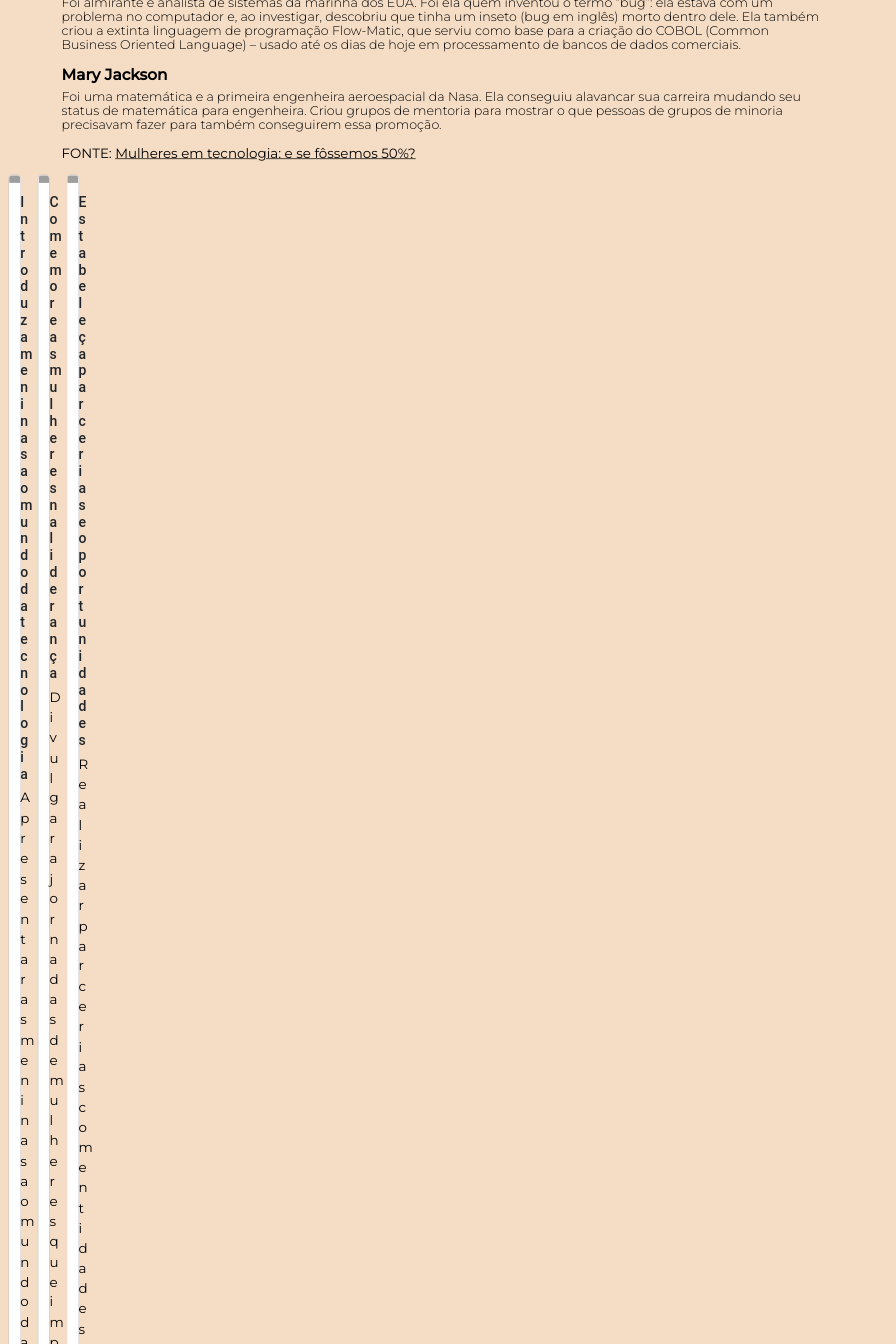
Repository: BellsBarbosa/ODS5_IGUALDADE_DE_GENERO
Page: index.html
An editor plug-in stored every save of this project. The page is shown before and after the next save, followed by the edit.
The browser window is 1280 px wide. The pictures show the part of the page from y = 1985 to 3905 px (the page is 8588 px tall before and 8576 px after), at 70% of full size.
Pictures or frames that could not be fetched are drawn as grey boxes.

Above is the page before, as saved 2023-08-11 15:36:43.

### index.html
<!DOCTYPE html>
<html lang="en">

<head>
    <meta charset="UTF-8">
    <meta name="viewport" content="width=device-width, initial-scale=1.0">
    <meta name="author" content="Isabel Barbosa, Bootstrap contributors">
    <title>ODS 5 - Igualdade de Gênero</title>
    <link href="https://cdn.jsdelivr.net/npm/bootstrap@5.3.0-alpha3/dist/css/bootstrap.min.css" rel="stylesheet"
        integrity="sha384-KK94CHFLLe+nY2dmCWGMq91rCGa5gtU4mk92HdvYe+M/SXH301p5ILy+dN9+nJOZ" crossorigin="anonymous">
    <link rel="stylesheet" href="https://cdn.jsdelivr.net/npm/bootstrap-icons@1.10.5/font/bootstrap-icons.css">
    <link rel="preconnect" href="https://fonts.googleapis.com">
    <link rel="preconnect" href="https://fonts.gstatic.com" crossorigin>
    <link
        href="https://fonts.googleapis.com/css2?family=Caveat:wght@500;700&family=Kalam&family=Montserrat:ital,wght@0,300;0,400;0,500;1,400;1,500;1,600&display=swap"
        rel="stylesheet">
    <link rel="stylesheet" href="style.css">
    </script>


</head>

<body>

    <header class="header-menu">
        <nav>
            <img src="IMG/ODS5-1.jpg" alt="ODS5" width="100%" height="100%"></a>
            <ul class="lista-menu">
                <li><a href="#ods">ODS</a> </li>
                <li><a href="#dados">Dados</a></li>
                <li><a href="#destaques">Destaques</a></li>
                <li><a href="#cards">Soluções</a></li>
                <li><a href="#contato">Contatos</a></li>
            </ul>
        </nav>

    </header>


    <div class="container col-xxl-8 px-4 py-5">
        <div class="row flex-lg-row-reverse align-items-center g-5 py-5">
            <div class="col-10 col-sm-8 col-lg-6">
                <img src="IMG/4029136.jpg" class="d-block mx-lg-auto img-fluid" alt="Bootstrap Themes" loading="lazy">
            </div>
            <div class="col-lg-6">
                <h1 class="display-5 fw-bold text-body-emphasis lh-1 mb-3">ODS 5 - IGUALDADE DE GÊNERO</h1>
                <p class="lead">Aumentar o uso de tecnologias de base, em particular as tecnologias de informação
                    <br>e comunicação, para promover o empoderamento das mulheres.
                </p>
                <a href="https://brasil.un.org/pt-br/sdgs/5" class="botao" target="_blank">Saiba mais</a>
                <div class="d-grid gap-2 d-md-flex justify-content-md-start">

                </div>
            </div>
        </div>
    </div>



    <section class="container-fluid" id="ods">
        <div class="row">
            <div class="column">
                <h2 id="h2-margin">O Que são as ODS?</h2>
                <p>Os Objetivos de Desenvolvimento Sustentável são um apelo global à ação para acabar com a
                    pobreza,
                    proteger o meio ambiente e o clima e garantir que as pessoas, em todos os lugares, possam
                    desfrutar de paz e de prosperidade. Estes são os objetivos para os quais as Nações Unidas
                    estão
                    contribuindo a fim de que possamos atingir a Agenda 2030 no Brasil. O objetivo escolhido foi
                    a ODS 5.B: Aumentar o uso de tecnologias de base, em particular as
                    tecnologias de informação e comunicação, para promover o empoderamento das mulheres.
                </p>
                <img src="IMG/odssss-1-scaled.jpg" align-items="left" alt="Crédito da imagem: Estratégia Ods"
                    width="600" height="330">
                </h1>
            </div>

            <div class="column">
                <h2>ODS 5 - Igualdade de Gênero</h2>
                <p><i>Juliette Erath</i></p>
                <p>"A desigualdade de gênero é em grande parte responsável pela diferença no ambiente de
                    trabalho e
                    nas habilidades em relação a um padrão no setor de tecnologia. Para enfrentar essa
                    desigualdade
                    internacional e crescente, um esforço com empenho precisa ser feito para compreender a
                    origem
                    desse problema e solucioná-lo (...) No Brasil, em 2019, apenas 26% dos formados na área STEM
                    eram mulheres." é o que nos diz <a
                        href="https://www.ironhack.com/br/pt/blog/desigualdade-de-genero-na-tecnologia-vamos-discuti-la"
                        class="link" target="_blank">Juliette Erath em seu texto para IRONHACK.</a></p>
                <iframe width="560" height="315" src="https://www.youtube.com/embed/go-VJzRqacE"
                    title="YouTube video player" frameborder="0"
                    allow="accelerometer; autoplay; clipboard-write; encrypted-media; gyroscope; picture-in-picture; web-share"
                    allowfullscreen></iframe>
            </div>
        </div>

    </section>
    <section class="container-fluid" id="dados">
        <article class="container article-lista">
            <div class="dados">
                <h2>Dados sobre a desigualdade de gênero na tecnologia</h2>
                <ul>
                    <li> <a href="https://blog.google/intl/pt-br/novidades/por-dentro-do-google/mind-the-gap-2022-incentivando-meninas-a-ingressarem-em-carreiras-na-area-de-tecnologia/#:~:text=Segundo%20o%20estudo%20%E2%80%9CDecifrar%20o,a%20STEM%20na%20educa%C3%A7%C3%A3o%20superior."
                            class="link" target="_blank">Segundo o estudo “Decifrar o código: educação de
                            meninas e
                            mulheres em ciências, tecnologia, engenharia e matemática (STEM)” (2022), feito pela
                            ONU
                            Mulheres, 74% das mulheres se interessam por ciência, tecnologia, engenharia e
                            matemática,
                            mas apenas 30% delas escolhem campos relacionados a STEM na educação superior.</a>
                    </li> </br>
                    <a href="http://www.onumulheres.org.br/noticias/onu-mulheres-defende-investimentos-publicos-e-privados-em-igualdade-de-genero-para-aumentar-participacao-de-meninas-e-mulheres-em-ciencia-e-tecnologia/"
                        class="link" target="_blank">Em 2019 a ONU Mulheres fez o alerta global de que as
                        mulheres estão
                        fora dos principais postos de trabalho gerados pela revolução digital. Elas têm somente
                        18% dos
                        títulos de graduação em Ciências da Computação e são, atualmente, apenas 25% da força de
                        trabalho da indústria digital.</a></li> </br> </br>
                    <li> <a href="https://www.vittude.com/blog/mulheres-na-tecnologia-os-desafios-femininos-no-setor/"
                            class="link" target="_blank"> Mesmo com todas essas adversidades, o Cadastro Geral
                            de
                            Empregados e Desempregados (Caged), apontou que a participação das mulheres cresceu
                            60% nos
                            últimos cinco, passando de 27,9 mil para 44,5 em 2019. No entanto, o avanço ainda é
                            tímido e
                            elas representam somente 20% dos profissionais de tecnologia do país.</a> </li>
                    </br>
                </ul> <br>

            </div>
        </article>
    </section>
    <section class="container-fluid" id="destaques">
        <article class="container article-lista">
                <h2>Mulheres importantes na história da tecnologia</h2>
                <ul>
                    <li>
                        <p class="lista-titulo">Ada Lovelace</p>
                        <p class="lista-descricao">
                            Ela foi a primeira pessoa a escrever um algoritmo que pôde ser processado por
                            uma máquina.
                            Ada foi reconhecida depois de muitos anos e hoje ela é lembrada com celebrações.
                            Existe um
                            dia, o Ada Lovelace Day, na segunda terça-feira de outubro, que visa incentivar
                            as mulheres
                            a avançarem em matemática e ciência. Detalhe: foi sua mãe quem a estimulou a
                            estudar
                            matemática é lógica.</br>
                            </br>
                        </p>
                    </li>
                    <li>
                        <p class="lista-titulo">Grace Hopper</p>

                        <p class="lista-descricao">
                            Foi almirante e analista de sistemas da marinha dos EUA. Foi ela quem inventou o
                            termo
                            “bug”: ela estava com um problema no computador e, ao investigar, descobriu que
                            tinha um
                            inseto (bug em inglês) morto dentro dele. Ela também criou a extinta linguagem
                            de
                            programação Flow-Matic, que serviu como base para a criação do COBOL (Common
                            Business
                            Oriented Language) – usado até os dias de hoje em processamento de bancos de
                            dados
                            comerciais. </br>

                        </p>
                    </li>
                    <li>
                        <p class="lista-titulo">Mary Jackson</p>

                        <p class="lista-descricao">
                            Foi uma matemática e a primeira engenheira aeroespacial da Nasa. Ela conseguiu
                            alavancar sua
                            carreira mudando seu status de matemática para engenheira. Criou grupos de
                            mentoria para
                            mostrar o que pessoas de grupos de minoria precisavam fazer para também
                            conseguirem essa
                            promoção. </br>

                        </p>
                    </li>
                    <p class="fonte">FONTE: <a target="_blanck"
                            href="http://www.onumulheres.org.br/noticias/onu-mulheres-defende-investimentos-publicos-e-privados-em-igualdade-de-genero-para-aumentar-participacao-de-meninas-e-mulheres-em-ciencia-e-tecnologia/">Mulheres
                            em tecnologia: e se fôssemos 50%?</a></p>

            </div>

        </article>
    </section>


    <section class="container-fluid" id="cards">
        <div class="row row-cols-1 row-cols-md-3 g-4">
            <div class="col">
                <div class="card">
                    <img src="IMG/criança.jpg" class="card-img-top" alt="...">
                    <div class="card-body">
                        <h5 class="card-title text-center">Introduza meninas ao mundo da tecnologia</h5>
                        <p class="card-text justify-content-evenly">Apresentar as meninas ao mundo da tecnologia expande
                            as chances delas desenvolverem suas habilidades e criatividade,
                            proporcionando a elas a chance de inventar, criar e aprender sobre a área.</p>
                    </div>
                </div>
            </div>
            <div class="col">
                <div class="card">
                    <img src="IMG/mulher_liderança.jpg" class="card-img-top" alt="...">
                    <div class="card-body">
                        <h5 class="card-title text-center">Comemore as mulheres na liderança</h5>
                        <p class="card-text justify-content-evenly">Divulgar a jornadas de mulheres que impactaram na
                            tecnologia, e celebrar o trabalho dessas vitoriosas, irá inspirar
                            nossas meninas e mulheres a iniciar suas próprias carreiras na área tecnológica..</p>
                    </div>
                </div>
            </div>
            <div class="col">
                <div class="card">
                    <img src="IMG/parcerias.jpg" class="card-img-top" alt="...">
                    <div class="card-body">
                        <h5 class="card-title text-center">Estabeleça parcerias e oportunidades</h5>
                        <p class="card-text justify-content-evenly">Realizar parcerias com entidades que utilizam a
                            tecnologia como instrumento para diminuir a desigualdade de gênero irá
                            expandir o alcance desses projetos, aumentando assim a inserção de mulheres na
                            tecnologia.</p>
                    </div>
                </div>
            </div>

        </div>
    </section> <br>


    <footer class="rodape" id="contato">
        <div class="container">
            <div class="row">
                <div class="column">
                    <ul class="lista-rodape">
                        <li> <i class="bi bi-envelope"></i><a href="barbosa.isabelcristina@gmail.com" target="_blank"
                                class="link-icone">
                                barbosa.isabelcristina@gmail.com</a></li>
                        <li><i class="bi bi-linkedin"></i><a href="https://www.linkedin.com/in/isabel-barbosa-aa080456/"
                                target="_blank" class="link-icone"> Isabel Barbosa</a></li>
                        <li><i class="bi bi-github"></i><a href="https://github.com/BellsBarbosa" target="_blank"
                                class="link-icone">
                                BellsBarbosa</a></li>
                        <li><i class="bi bi-arrow-up-square-fill"></i><a href="#top" class="link-icone"> Topo da
                                página</a></li>

                    </ul>
                </div>
                <div class="column">
                    <ul class="lista-rodape">
                        <li>Créditos:</li>
                        <li>Imagem ODS:<a href="https://estrategiaods.org.br/" target="_blank" class="link-icone">
                                Estratégia ODS</a></li>
                        </li>
                        <li>Hero Image:<a
                                href="https://br.freepik.com/vetores-gratis/conceito-de-igualdade-de-genero_8925920.htm#query=igualdade%20de%20genero&position=0&from_view=search&track=ais">Imagem
                                de pikisuperstar</a> no Freepik</li>
                        </li>
                        <li> Video: <a href="https://www.youtube.com/watch?v=go-VJzRqacE&ab_channel=CentroCulturalLight"
                                target="_blank" class="link-icone">
                                Centro Cultural Light</a></li>
                        </li>
                        <li> Card 1: <a
                                href="https://br.freepik.com/fotos-gratis/garotinha-afro-americana-feliz-durante-videochamada-com-laptop_20052825.htm#query=meninas%20na%20tecnologia&position=14&from_view=search&track=ais">Imagem
                                de master1305</a> no Freepik
                        </li>
                        <li> Card 2: <a
                                href="https://br.freepik.com/fotos-gratis/mulher-afro-americana-confiante-com-documentos-em-papel_6882196.htm#query=mulheres%20na%20lideran%C3%A7a&position=19&from_view=search&track=ais">Imagem
                                de pch.vector</a> no Freepik
                        </li>
                        <li> Card 3: <a
                                href="https://br.freepik.com/fotos-gratis/mulheres-de-negocios-felizes-apoiando-uns-aos-outros-e-de-maos-dadas-em-um-cafe_26402023.htm#query=mulheres%20na%20lideran%C3%A7a&position=17&from_view=search&track=ais">Imagem
                                de Drazen Zigic</a> no Freepik
                        </li>
                    </ul>
                </div>
            </div>


        </div>
    </footer>

### style.css
 @import url('https://fonts.googleapis.com/css2?family=Caveat:wght@500;700&family=Kalam&family=Montserrat:ital,wght@0,300;0,400;0,500;1,400;1,500;1,600&display=swap');

 * {

   margin: 0;

   padding: 0;

   outline: 0;
 }

 body {

   font-family: 'Roboto', sans-serif;
   margin: 0;
   background-color: #f5ddc5;
   display: flex;
   min-height: 100vh;
   flex-direction: column;
   margin-top: 0%;
   position: relative;
   width: 100%;
   margin: 0 auto;
   padding: 0;

 }

 p {
   font-size: 1.2em;
   font-family: 'Montserrat', sans-serif;
   color: #000000;

 }

 a {
   color: rgb(0, 0, 0);
 }

 .h2 {
   color: #0b0b0b
 }

 li {

   list-style: none;
 }

 .header-menu {

   display: flex;
   position: fixed;
   width: 100%;
   padding: 8px;
   padding-bottom: 32px;
   padding-top: 32px;
   height: 30px;
   background-color: #6e999c;
 }

 .header-menu nav {
   display: flex;
   justify-content: flex-end;
   width: 100%;
 }

 .lista-menu {
   display: flex;
   justify-content: space-evenly;
   width: 50%;
   align-items: center;
 }

 .lista-menu li>a {
   color: #FFF;
   font-size: 18px;
   text-decoration: inherit;
 }

 .lista-titulo {
   font-weight: 600;
 }

 .lista-titulo {
   margin-bottom: 5px;
   font-size: 22px;
   color: #000000;
   font-weight: 700;
 }

 .lista-local {
   font-size: 18px;
   color: #000000;

 }

 .lista-descricao {
   font-size: 18px;
   margin-top: 5px;
   line-height: 20px;
   color: #000000;
   font-weight: 300;
 }

 .botao {
   border-radius: 8px;
   border: 1px solid #9fadaa;
   color: #9fadaa;
   font-size: 1.2em;
   line-height: 25px;
   text-align: center;
   text-decoration: none;
   text-transform: uppercase;
   padding: 10px 20px 10px 20px;
   position: relative;
   width: 200px;
 }

 .botao a {
   padding-left: 20%;
 }

 .botao a:hover {
   color: #000000;
   font-size: 1.2em;
 }


 .column {
   float: left;
   width: 50%;
   padding: 3%;
   color: #000000;
   text-align: justify;
 }

 /* Clear floats after the columns */
 .row:after {
   content: "";
   display: table;
   clear: both;
 }

 .ods {
   padding-bottom: 3%;
 }

 .dados {
   padding: 3px;
   align-content: center;
   color: #000000
 }

 .destaques {
   padding: 3px;
   align-content: center;
   color: #000000;
   padding-bottom: 3%;
   display: flex;
 }

 .cards {

   padding: 3px;
   align-content: center;
   color: #000000;
   padding-bottom: 3%;
 }

 .rodape {
   height: 300px;
   display: flex;
   align-items: center;
   background-color: #6e999c;

 }

 .lista-rodape {
   color: #000000;
   font-weight: 700;
   font-size: 20px;
   margin-bottom: 16px;
   display: flex;
   align-items: flex-start;
   flex-direction: column;

 }

 .estilo-icone {
   font-size: 32px;
   margin-right: 10px;
 }

 @media screen and (min-width: 800px) {
   .container {
     margin: 1em 2em;
   }
 }
 .col {
   width: 3.25%;
   /* 60 / 960 = 0.0625 */
 }
 .container-fluid {
   column-count: 1;
 }

After the next save:
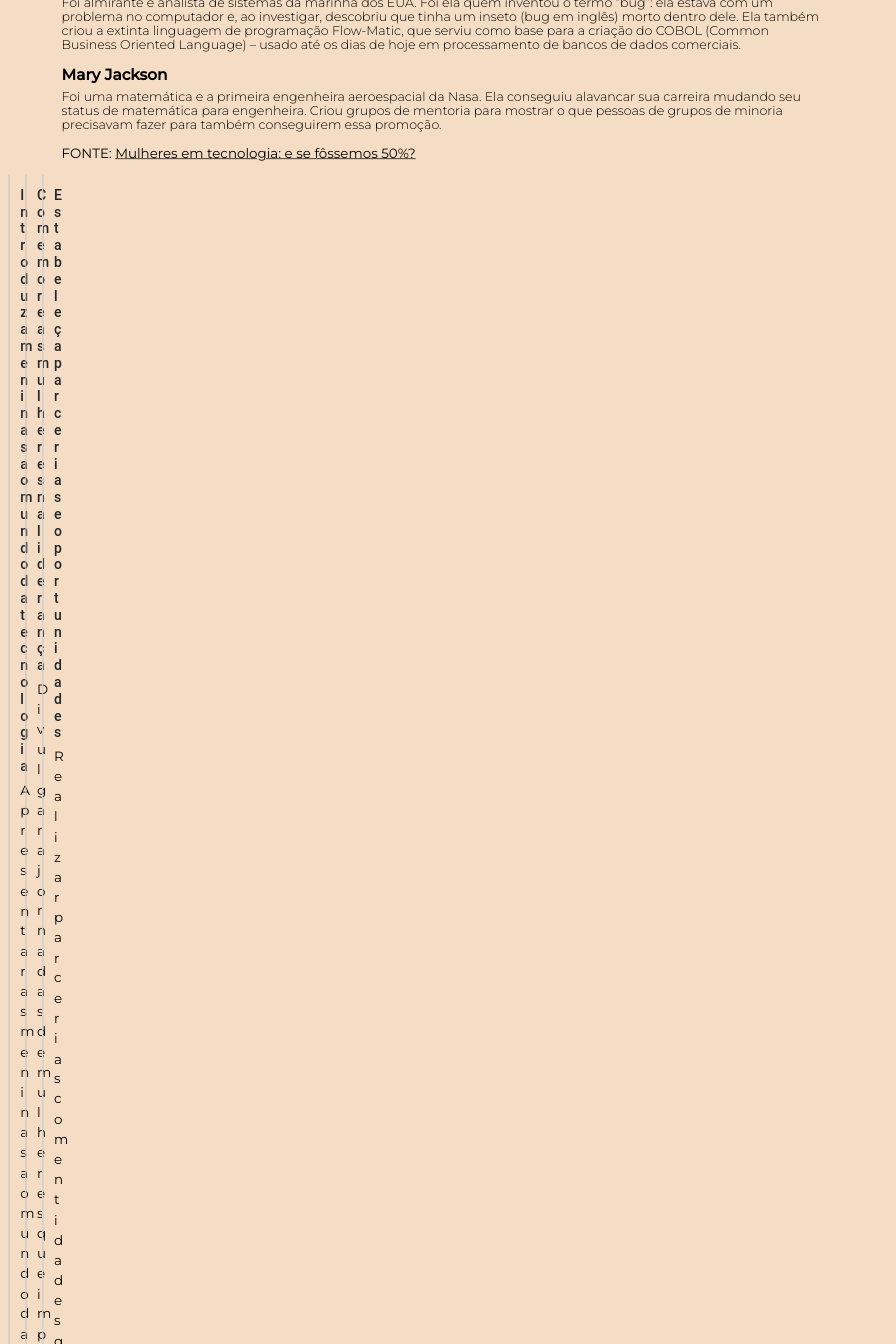
Saved 16 s later.
--- a/style.css
+++ b/style.css
@@ -196,7 +196,7 @@
    }
  }
  .col {
-   width: 3.25%;
+   width: 1.25%;
    /* 60 / 960 = 0.0625 */
  }
  .container-fluid {
